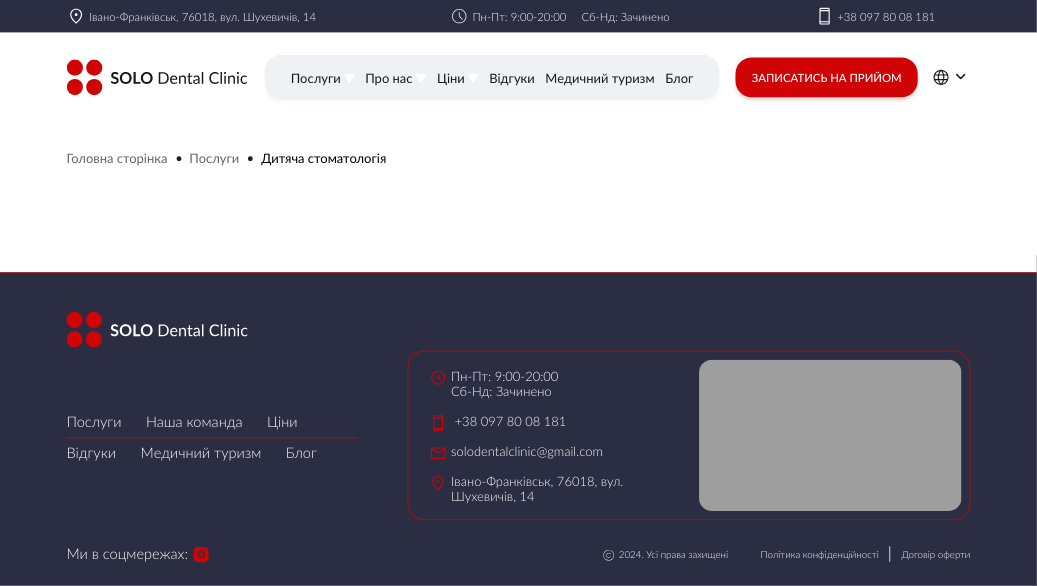
Repository: TarasDutchak/dental-clinic
Page: pediatric-dentistry.html
The author's editor kept a copy of each file at every save. The page is drawn from the files as they stood at one save, then again after the next save.
The browser window is 1280 px wide. The pictures show the whole page, at 81% of full size.
Pictures or frames that could not be fetched are drawn as grey boxes.

Above is the page before, as saved 2024-12-31 07:33:35.

### pediatric-dentistry.html
<!DOCTYPE html>
<html lang="en">

<head>
    <meta charset="UTF-8">
    <meta http-equiv="X-UA-Compatible" content="IE=edge">
    <meta name="viewport" content="width=device-width, initial-scale=1.0">
    <title>Дитяча стоматологія</title>
    <link rel="icon" type="image/x-icon" href="favicon.png">
    <link rel="stylesheet" href="css/lib/swiper-bundle.min.css">
    <link rel="stylesheet" href="css/lib/bootstrap-grid.min.css">
    <link rel="stylesheet" href="css/lib/plyr.css">
    <link rel="stylesheet" href="css/lib/select2.css">
    <link rel="stylesheet" href="css/style.css">
</head>

<body>

    <header class="header">
        <div class="header__top">
            <div class="container">
                <div class="row align-items-center">
                    <div class="col-lg-5 col-md-4">
                        <p>
                            <img src="img/header/loc.svg" alt="location">
                            Івано-Франківськ, 76018, вул. Шухевичів, 14
                        </p>
                    </div>
                    <div class="col-lg-4 col-md-4">
                        <p>
                            <img src="img/header/time.svg" alt="workingday">
                            <span>Пн-Пт: 9:00-20:00</span>
                            <span>Сб-Нд: Зачинено</span>
                        </p>
                    </div>
                    <div class="col-lg-3 col-md-4 text-center">
                        <p>
                            <a href="tel:+380978008181">
                                <img src="img/header/tel.svg" alt="tel">
                                +38 097 80 08 181
                            </a>
                        </p>
                    </div>
                </div>
            </div>
        </div>
        <div class="header__content">
            <div class="container_header container">
                <div class="header__logo">
                    <a href="index.html"><img src="img/header/logo.svg" alt="logo"></a>
                </div>
                <div class="header__nav">
                    <nav>
                        <ul>
                            <li class="submenu">
                                <a href="#">
                                    Послуги
                                </a>
                                <ul class="large">
                                    <li><a href="#">Всі послуги</a></li>
                                    <li><a href="#">Відбілювання</a></li>
                                    <li><a href="#">Вініри</a></li>
                                    <li><a href="#">Коронки</a></li>
                                    <li><a href="#">Імплантація</a></li>
                                    <li><a href="#">Гнатологія</a></li>
                                    <li><a href="#">Гігієна ротової порожнини</a></li>
                                    <li><a href="#" class="active">Лікування карієсу</a></li>
                                    <li><a href="#" class="disable">Лікування каналів</a></li>
                                    <li><a href="#">Лікування ясен</a></li>
                                    <li><a href="#">Зубні імпланти</a></li>
                                    <li><a href="#">Хірургічна стоматологія</a></li>
                                    <li><a href="#">Видалення зубів мудрості</a></li>
                                    <li><a href="#">Стоматологія сну</a></li>
                                    <li><a href="#">Виправлення прикусу</a></li>
                                    <li><a href="#">Дитяча стоматологія</a></li>
                                    <li><a href="#">Діагностика ротової порожнини</a></li>
                                </ul>
                            </li>
                            <li class="submenu">
                                <a href="#">
                                    Про нас
                                </a>
                                <ul>
                                    <li><a href="#">Наша клініка</a></li>
                                    <li><a href="#">Лікарі</a></li>
                                    <li><a href="#">Історії лікування</a></li>
                                </ul>
                            </li>
                            <li class="submenu">
                                <a href="#">
                                    Ціни
                                </a>
                                <ul>
                                    <li><a href="#">Прайс</a></li>
                                    <li><a href="#">Оплата частинами</a></li>
                                </ul>
                            </li>
                            <li>
                                <a href="#">
                                    Відгуки
                                </a>
                            </li>
                            <li>
                                <a href="#">
                                    Медичний туризм
                                </a>
                            </li>
                            <li>
                                <a href="#">
                                    Блог
                                </a>
                            </li>
                        </ul>
                        <a href="#" class="redbtn mobshow" data-modal-target="appointmentmodal">
                            записатись на прийом
                        </a>
                    </nav>
                    <button class="closemenu">
                        <img src="img/header/close.png" alt="close menu">
                    </button>
                </div>
                <div class="header__rightsect">
                    <a href="#" class="redbtn" data-modal-target="appointmentmodal">
                        записатись на прийом
                    </a>
                    <div class="languagebox">
                        <span>
                            <img src="img/header/earth.svg" alt="language">
                        </span>
                        <ul>
                            <li>
                                <a href="#">
                                    <img src="img/header/us-flag.svg" alt="english">
                                    En
                                </a>
                            </li>
                            <li class="active">
                                <a href="#">
                                    <img src="img/header/ua-flag.svg" alt="ukrainian">
                                    Uk
                                </a>
                            </li>
                        </ul>
                    </div>
                    <button class="headermenubtn">
                        <img src="img/header/menu.png" alt="menu">
                    </button>
                </div>
            </div>
        </div>
        <div class="menubg"></div>
    </header>

    <main class="main">
        <div class="container">
            <div class="breadcrumbs">
                <ul>
                    <li><a href="#">Головна сторінка</a></li>
                    <li><a href="#">Послуги</a></li>
                    <li>Дитяча стоматологія</li>
                </ul>
            </div>
        </div>


    </main>

    <footer class="footer">
        <div class="container">
            <div class="row align-items-center">
                <div class="col-12">
                    <a href="index.html" class="footer__logo">
                        <img src="img/footer/logo-footer.svg" alt="logo">
                    </a>
                </div>
                <div class="col-xl-4">
                    <ul class="footer__nav">
                        <li><a href="#">Послуги</a></li>
                        <li><a href="#">Наша команда</a></li>
                        <li><a href="#">Ціни</a></li>
                        <li><a href="#">Відгуки</a></li>
                        <li><a href="#">Mедичний туризм</a></li>
                        <li><a href="#">Блог</a></li>
                    </ul>
                </div>
                <div class="col-xl-8 text-end">
                    <div class="footer__info">
                        <div class="footinfwrap">
                            <ul>
                                <li>
                                    <img src="img/footer/foot-clock.svg" alt="icon">
                                    <p>
                                        Пн-Пт: 9:00-20:00 <br>
                                        Сб-Нд: Зачинено
                                    </p>
                                </li>
                                <li>
                                    <img src="img/footer/foot-tel.svg" alt="icon">
                                    <a href="tel: +380978008181"> +38 097 80 08 181</a>
                                </li>
                                <li>
                                    <img src="img/footer/foot-email.svg" alt="icon">
                                    <a href="mailto:solodentalclinic@gmail.com">solodentalclinic@gmail.com</a>
                                </li>
                                <li>
                                    <img src="img/footer/foot-loc.svg" alt="icon">
                                    <p>
                                        Івано-Франківськ, 76018, вул. Шухевичів, 14
                                    </p>
                                </li>
                            </ul>
                        </div>
                        <div class="mapwrap">
                            <iframe
                                src="https://www.google.com/maps/embed?pb=!1m18!1m12!1m3!1d2621.917959431259!2d24.720775176848996!3d48.91695529658282!2m3!1f0!2f0!3f0!3m2!1i1024!2i768!4f13.1!3m3!1m2!1s0x4730c166259a99f7%3A0xe9b1d0f143ae48f0!2z0LLRg9C70LjRhtGPINCo0YPRhdC10LLQuNGH0ZbQsiwgMTQsINCG0LLQsNC90L4t0KTRgNCw0L3QutGW0LLRgdGM0LosINCG0LLQsNC90L4t0KTRgNCw0L3QutGW0LLRgdGM0LrQsCDQvtCx0LvQsNGB0YLRjCwgNzYwMDA!5e0!3m2!1suk!2sua!4v1735398550766!5m2!1suk!2sua"
                                style="border:0;" allowfullscreen="" loading="lazy"
                                referrerpolicy="no-referrer-when-downgrade"></iframe>
                        </div>
                    </div>
                </div>
            </div>
            <div class="footer__bottomsect">
                <div class="row align-items-center">
                    <div class="col-xl-6 col-lg-5">
                        <p class="weinsoc">
                            Ми в соцмережах:
                            <a href="#">
                                <svg width="28" height="29" viewBox="0 0 28 29" fill="none"
                                    xmlns="http://www.w3.org/2000/svg">
                                    <path
                                        d="M14.8667 2.83301C16.1792 2.83651 16.8453 2.84351 17.4205 2.85984L17.6468 2.86801C17.9082 2.87734 18.166 2.88901 18.4775 2.90301C19.7188 2.96134 20.5658 3.15734 21.309 3.44551C22.079 3.74184 22.7277 4.14317 23.3763 4.79067C23.9698 5.3737 24.4289 6.07923 24.7215 6.85801C25.0097 7.60117 25.2057 8.44817 25.264 9.69067C25.278 10.001 25.2897 10.2588 25.299 10.5213L25.306 10.7477C25.3235 11.3217 25.3305 11.9878 25.3328 13.3003L25.334 14.1707V15.699C25.3368 16.55 25.3279 17.4009 25.3072 18.2517L25.3002 18.478C25.2908 18.7405 25.2792 18.9983 25.2652 19.3087C25.2068 20.5512 25.0085 21.397 24.7215 22.1413C24.4289 22.9201 23.9698 23.6257 23.3763 24.2087C22.7933 24.8022 22.0878 25.2612 21.309 25.5538C20.5658 25.842 19.7188 26.038 18.4775 26.0963L17.6468 26.1313L17.4205 26.1383C16.8453 26.1547 16.1792 26.1628 14.8667 26.1652L13.9963 26.1663H12.4692C11.6178 26.1693 10.7664 26.1604 9.91533 26.1395L9.689 26.1325C9.41204 26.122 9.13515 26.11 8.85833 26.0963C7.617 26.038 6.77 25.842 6.02566 25.5538C5.2473 25.2611 4.54218 24.802 3.9595 24.2087C3.3656 23.6258 2.90612 22.9202 2.61316 22.1413C2.325 21.3982 2.129 20.5512 2.07066 19.3087L2.03566 18.478L2.02983 18.2517C2.00832 17.401 1.9986 16.55 2.00066 15.699V13.3003C1.99743 12.4494 2.00599 11.5984 2.02633 10.7477L2.0345 10.5213C2.04383 10.2588 2.0555 10.001 2.0695 9.69067C2.12783 8.44817 2.32383 7.60234 2.612 6.85801C2.90564 6.07891 3.36592 5.37335 3.96066 4.79067C4.54301 4.19748 5.24772 3.73843 6.02566 3.44551C6.77 3.15734 7.61583 2.96134 8.85833 2.90301C9.16866 2.88901 9.42766 2.87734 9.689 2.86801L9.91533 2.86101C10.7661 2.84028 11.617 2.83133 12.468 2.83417L14.8667 2.83301ZM13.6673 8.66634C12.1202 8.66634 10.6365 9.28092 9.54254 10.3749C8.44858 11.4688 7.834 12.9526 7.834 14.4997C7.834 16.0468 8.44858 17.5305 9.54254 18.6245C10.6365 19.7184 12.1202 20.333 13.6673 20.333C15.2144 20.333 16.6982 19.7184 17.7921 18.6245C18.8861 17.5305 19.5007 16.0468 19.5007 14.4997C19.5007 12.9526 18.8861 11.4688 17.7921 10.3749C16.6982 9.28092 15.2144 8.66634 13.6673 8.66634ZM13.6673 10.9997C14.127 10.9996 14.5821 11.0901 15.0068 11.2659C15.4314 11.4417 15.8173 11.6994 16.1424 12.0244C16.4674 12.3493 16.7253 12.7351 16.9013 13.1597C17.0772 13.5844 17.1678 14.0395 17.1679 14.4991C17.168 14.9587 17.0775 15.4139 16.9017 15.8385C16.7259 16.2632 16.4682 16.6491 16.1432 16.9741C15.8182 17.2992 15.4325 17.5571 15.0078 17.733C14.5832 17.909 14.1281 17.9996 13.6685 17.9997C12.7402 17.9997 11.85 17.6309 11.1936 16.9745C10.5372 16.3182 10.1685 15.4279 10.1685 14.4997C10.1685 13.5714 10.5372 12.6812 11.1936 12.0248C11.85 11.3684 12.7402 10.9997 13.6685 10.9997M19.7935 6.91634C19.4067 6.91634 19.0358 7.06999 18.7623 7.34348C18.4888 7.61697 18.3352 7.9879 18.3352 8.37467C18.3352 8.76145 18.4888 9.13238 18.7623 9.40587C19.0358 9.67936 19.4067 9.83301 19.7935 9.83301C20.1803 9.83301 20.5512 9.67936 20.8247 9.40587C21.0982 9.13238 21.2518 8.76145 21.2518 8.37467C21.2518 7.9879 21.0982 7.61697 20.8247 7.34348C20.5512 7.06999 20.1803 6.91634 19.7935 6.91634Z"
                                        fill="#D00404" />
                                </svg>
                            </a>
                        </p>
                    </div>
                    <div class="col-xl-6 col-lg-7">
                        <ul>
                            <li>
                                <p>
                                    <img src="img/footer/copyright.svg" alt="icon">
                                    2024. Усі права захищені
                                </p>
                            </li>
                            <li>
                                <a href="#">Політика конфіденційності</a>
                            </li>
                            <li>
                                <a href="#">Договір оферти</a>
                            </li>
                        </ul>
                    </div>
                </div>
            </div>
        </div>
    </footer>





    <!-- consultationmodal -->
    <div id="consultationmodal" class="modal bgmodal">
        <div class="modal-dialog">
            <div class="modal-content">
                <span class="close closemod">
                    <img src="img/general/close-modal.svg" alt="close">
                </span>
                <p class="title">Заповніть форму нижче і ми зв’яжемось з Вами у робочі години</p>
                <form action="#">
                    <div class="row align-items-center">
                        <div class="col-lg-7">
                            <div class="inputfield">
                                <label for="name">Ваше ім’я*</label>
                                <input id="name" type="text" placeholder="Введіть своє ім’я">
                            </div>
                        </div>
                        <div class="col-lg-5 selwr">
                            <div class="inputfield rpad">
                                <select class="customselect" name="formcons" data-placeholder="форма консультації:">
                                    <option></option>
                                    <option value="0">Онлайн консультація</option>
                                    <option value="1">Консультація в клініці</option>
                                </select>
                            </div>
                        </div>
                        <div class="col-lg-7">
                            <div class="inputfield">
                                <label for="tel">Номер телефону*</label>
                                <input id="tel" type="number" placeholder="Введіть номер телефону">
                            </div>
                        </div>
                        <div class="col-lg-7">
                            <div class="inputfield">
                                <label for="comment">Ваш коментар</label>
                                <textarea id="comment" placeholder=""></textarea>
                            </div>
                        </div>
                        <div class="col-lg-7">
                            <div class="inputfield check">
                                <input type="checkbox" id="check">
                                <label for="check">
                                    Я погоджуюсь з обробкою персональних даних <br>
                                    політика конфіденційності
                                </label>
                            </div>
                        </div>
                        <div class="col-lg-5 text-end">
                            <!-- <button type="submit" class="bluebtn">
                            НАДІСЛАТИ
                        </button> -->
                            <a href="#" class="bluebtn close" data-modal-target="thankmodal">НАДІСЛАТИ</a>
                        </div>
                    </div>
                </form>
            </div>
        </div>
    </div>

    <div id="thankmodal" class="modal smmodal text-center">
        <div class="modal-content">
            <span class="close closemod">
                <img src="img/general/close-modal.svg" alt="close">
            </span>
            <p>
                Вашу форму надіслано!
            </p>
            <p>
                Дякуємо, ми Вам залетелефонуємо
                <img src="img/general/modicon.svg" alt="img">
            </p>
            <button class="bluebtn close">
                Закрити
            </button>
        </div>
    </div>

    <div id="appointmentmodal" class="modal mdmodal">
        <div class="modal-dialog">
            <div class="modal-content">
                <span class="close closemod">
                    <img src="img/general/close-modal.svg" alt="close">
                </span>
                <p class="title">Заповніть форму нижче<br> і ми зв’яжемось з Вами у робочі години</p>
                <form action="#">
                    <div class="row align-items-center">
                        <div class="col-lg-12">
                            <div class="inputfield">
                                <label for="name">Ваше ім’я*</label>
                                <input id="name" type="text" placeholder="Введіть своє ім’я">
                            </div>
                        </div>
                        <div class="col-lg-12">
                            <div class="inputfield">
                                <label for="tel">Номер телефону*</label>
                                <input id="tel" type="number" placeholder="Введіть номер телефону">
                            </div>
                        </div>
                        <div class="col-lg-12">
                            <div class="inputfield">
                                <label for="comment">Ваш коментар</label>
                                <textarea id="comment" placeholder=""></textarea>
                            </div>
                        </div>
                        <div class="col-lg-12">
                            <div class="inputfield check">
                                <input type="checkbox" id="check">
                                <label for="check">
                                    Я погоджуюсь з обробкою персональних даних <br>
                                    політика конфіденційності
                                </label>
                            </div>
                        </div>
                        <div class="col-lg-12 text-center">
                            <!-- <button type="submit" class="bluebtn">
                            НАДІСЛАТИ
                        </button> -->
                            <a href="#" class="bluebtn close" data-modal-target="thankmodal">НАДІСЛАТИ</a>
                        </div>
                    </div>
                </form>
            </div>
        </div>
    </div>

    <script src="js/lib/jquery.js"></script>
    <script src="js/lib/swiper-bundle.min.js"></script>
    <script src="js/lib/plyr.js"></script>
    <script src="js/lib/select2.js"></script>
    <script src="js/main.js"></script>

</body>



</html>

Loaded but not shown: css/lib/swiper-bundle.min.css (library); css/lib/bootstrap-grid.min.css (library); css/lib/plyr.css (library); css/lib/select2.css (library); css/style.css (library); js/lib/jquery.js (library); js/lib/swiper-bundle.min.js (library); js/lib/plyr.js (library); js/lib/select2.js (library); js/main.js (244 lines, source omitted)

After the next save:
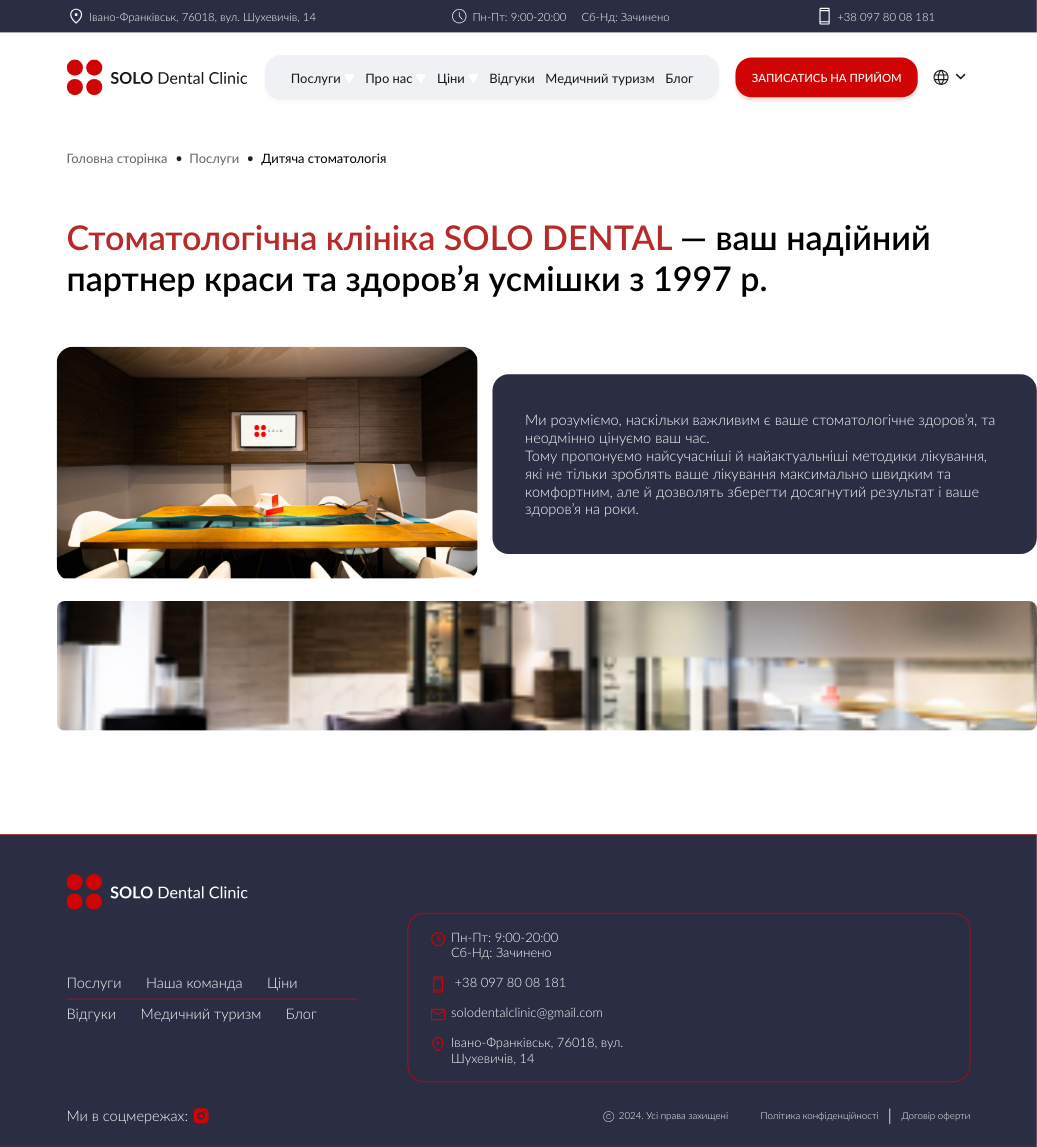
Saved 24 s later.
--- a/pediatric-dentistry.html
+++ b/pediatric-dentistry.html
@@ -161,6 +161,72 @@
                 </ul>
             </div>
         </div>
+
+        <section class="aboutsect">
+            <div class="container">
+                <h1>
+                    <span>Стоматологічна клініка SOLO DENTAL</span> — ваш надійний партнер краси та здоров’я усмішки з
+                    1997 р.
+                </h1>
+            </div>
+            <div class="infboxr0">
+                <div class="container-r0">
+                    <div class="d-flex align-items-center">
+                        <div class="imgwrap">
+                            <img src="img/about/abimg1.jpg" alt="img">
+                        </div>
+                        <div class="descrwrap">
+                            <div class="descrwrap__box">
+                                <p>
+                                    Ми розуміємо, наскільки важливим є ваше стоматологічне здоров’я, та неодмінно
+                                    цінуємо
+                                    ваш
+                                    час.<br>
+                                    Тому пропонуємо найсучасніші й найактуальніші методики лікування, які не тільки
+                                    зроблять
+                                    ваше лікування максимально швидким та комфортним, але й дозволять зберегти
+                                    досягнутий
+                                    результат і ваше здоров’я на роки.
+                                </p>
+                            </div>
+                        </div>
+                    </div>
+                    <div class="abslider-wrapper">
+                        <div class="swiper abslider1">
+                            <div class="swiper-wrapper">
+                                <div class="swiper-slide">
+                                    <div class="slideimg">
+                                        <img src="img/about/abimg2.jpg" alt="img">
+                                    </div>
+                                </div>
+                                <div class="swiper-slide">
+                                    <div class="slideimg">
+                                        <img src="img/about/abimg3.jpg" alt="img">
+                                    </div>
+                                </div>
+                                <div class="swiper-slide">
+                                    <div class="slideimg">
+                                        <img src="img/about/abimg4.jpg" alt="img">
+                                    </div>
+                                </div>
+                                <div class="swiper-slide">
+                                    <div class="slideimg">
+                                        <img src="img/about/abimg5.jpg" alt="img">
+                                    </div>
+                                </div>
+                                <div class="swiper-slide">
+                                    <div class="slideimg">
+                                        <img src="img/about/abimg4.jpg" alt="img">
+                                    </div>
+                                </div>
+                            </div>
+                        </div>
+                    </div>
+                </div>
+            </div>
+        </section>
+
+
 
 
     </main>
